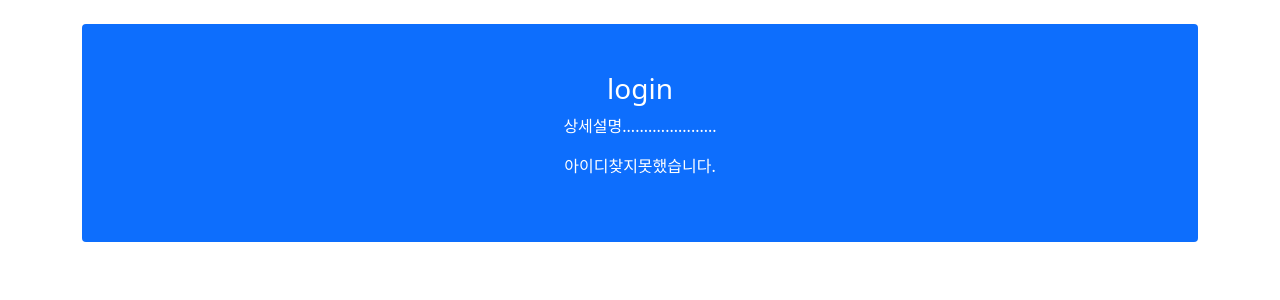
Repository: juhee1020/studying
Page: http://localhost/lec03_mvc/login/login.jsp
The author's editor kept a copy of each file at every save. The page is drawn from the files as they stood at one save, then again after the next save.
The browser window is 1280 px wide. The pictures show the whole page.
Some web libraries are served in a nearby version. The page is served by Tomcat 9. Nobody is signed in. The application's start-up code is not run. Other server files are loaded and not shown.

Above is the page before, as saved 2022-12-28 01:59:34.

### Spring/lec03_mvc/src/main/webapp/login/login.jsp
<%@page language="java" contentType="text/html; charset=UTF-8" pageEncoding="UTF-8"%>
<%@taglib uri="http://java.sun.com/jsp/jstl/core" prefix="c" %>
<!DOCTYPE html>
<html>
<head>
   <title>Spring Framework</title>
   <meta charset="UTF-8">
    <meta name="viewport" content="width=device-width, initial-scale=1">
   <link rel="stylesheet" href="https://use.fontawesome.com/releases/v5.4.1/css/all.css"
      integrity="sha384-5sAR7xN1Nv6T6+dT2mhtzEpVJvfS3NScPQTrOxhwjIuvcA67KV2R5Jz6kr4abQsz"
      crossorigin="anonymous">
   <link href="https://cdn.jsdelivr.net/npm/bootstrap@5.0.2/dist/css/bootstrap.min.css" rel="stylesheet" integrity="sha384-EVSTQN3/azprG1Anm3QDgpJLIm9Nao0Yz1ztcQTwFspd3yD65VohhpuuCOmLASjC" crossorigin="anonymous">
   <script src="https://cdn.jsdelivr.net/npm/bootstrap@5.0.2/dist/js/bootstrap.bundle.min.js" integrity="sha384-MrcW6ZMFYlzcLA8Nl+NtUVF0sA7MsXsP1UyJoMp4YLEuNSfAP+JcXn/tWtIaxVXM" crossorigin="anonymous"></script>
</head>
<body>
   <div class="container" align="center">
      <div class="mt-4 p-5 bg-primary text-white rounded">
         <h3>login</h3>
         <p>상세설명......................</p>
		<c:if test="${!sessionScope.isLoginSuccess}">
			<p>아이디찾지못했습니다.</p>
		</c:if>
      </div>
      <br>

      ${userVO.getId()}<br>
      ${userVO.getPassword()}<br>
      ${sessionScope.isLoginSuccess}<br>

   </div>
</body>
</html>

After the next save:
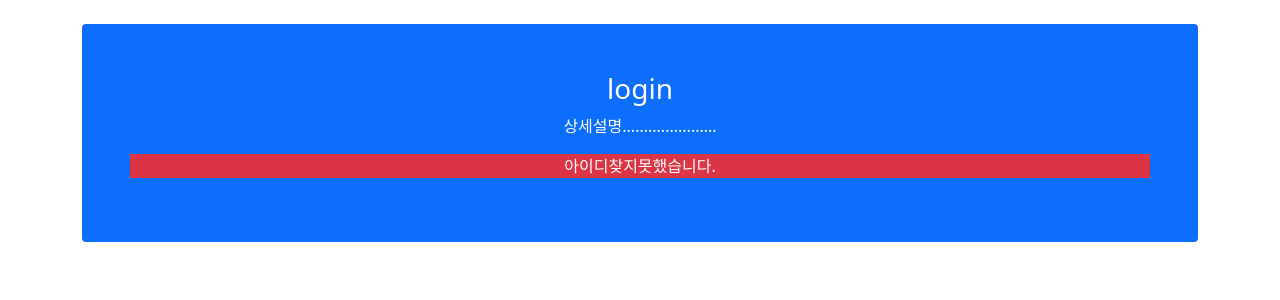
Saved 49 s later.
--- a/Spring/lec03_mvc/src/main/webapp/login/login.jsp
+++ b/Spring/lec03_mvc/src/main/webapp/login/login.jsp
@@ -18,14 +18,11 @@
          <h3>login</h3>
          <p>상세설명......................</p>
 		<c:if test="${!sessionScope.isLoginSuccess}">
-			<p>아이디찾지못했습니다.</p>
+			<p class="bg-danger text-white">아이디찾지못했습니다.</p>
 		</c:if>
       </div>
       <br>
 
-      ${userVO.getId()}<br>
-      ${userVO.getPassword()}<br>
-      ${sessionScope.isLoginSuccess}<br>
 
    </div>
 </body>
